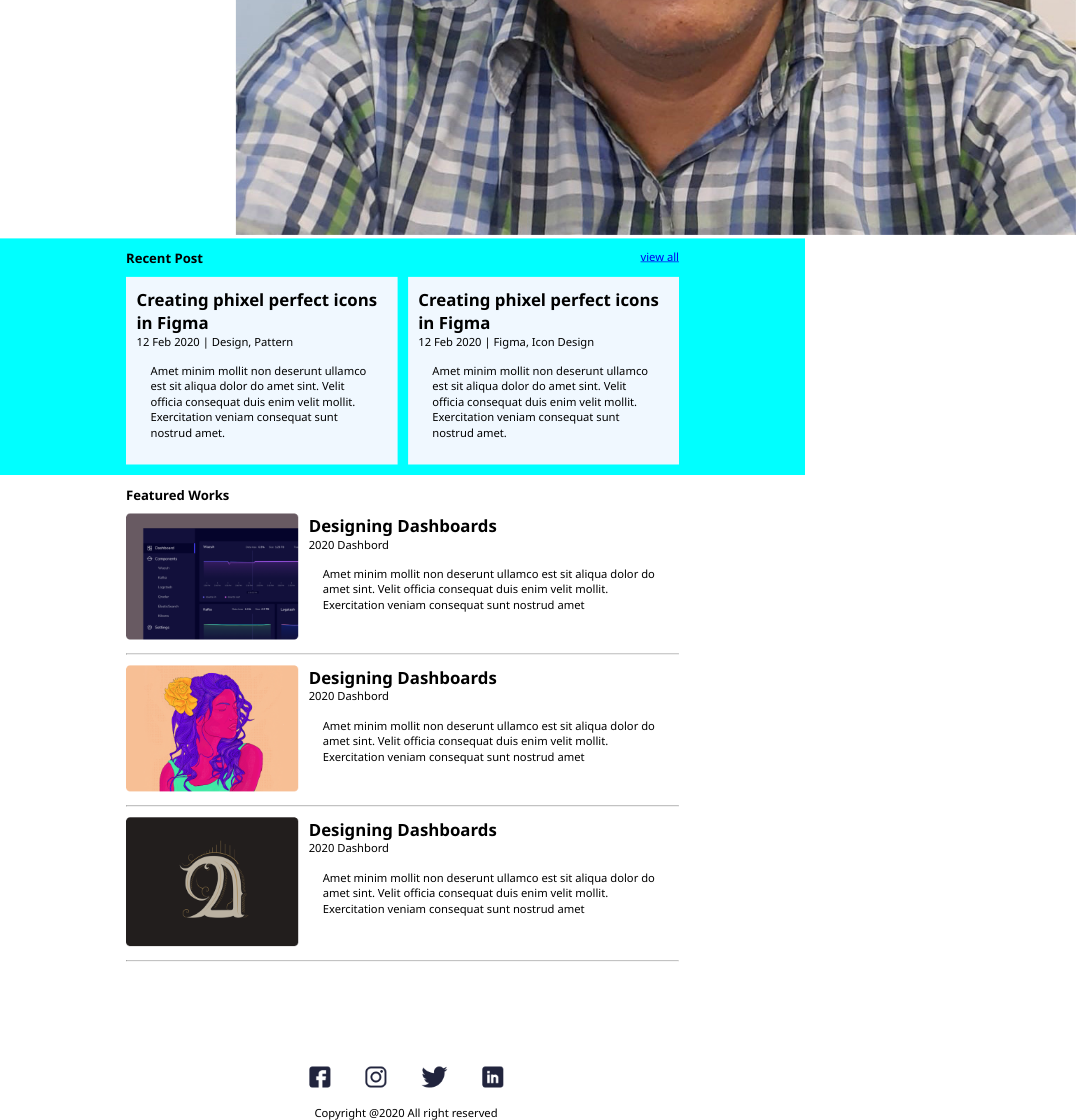
Repository: jafetdn73/portofolio
Page: index.html
These files come from the project's save history. The page is drawn as it stood at one moment and after the next save; the edit follows.
The browser window is 1280 px wide. The page is 1537 px wide, so the pictures cover 1537 px, including what lies to the right of the window. The pictures show the part of the page from y = 1062 to 2662 px (the page is 2662 px tall), at 70% of full size.

Above is the page before, as saved 2022-02-23 16:44:35.

### index.html
<!DOCTYPE html>
<html lang="en">
<head>
    <meta charset="UTF-8">
    <meta http-equiv="X-UA-Compatible" content="IE=edge">
    <meta name="viewport" content="width=device-width, initial-scale=1.0">
    <link rel="stylesheet" href="figma.css">
    <title>Belajar HTML CSS</title>
</head>
<body>
    <div class="container">
        <!-- Start Menu Bar -->
        <div class="menu-bar">
            <ul>
                <li>
                    Work
                </li>
                <li>
                    Blog
                </li>
                <li>
                    Contact
                </li>
            </ul>
        </div>
        <!-- Starr Hero -->
        <div class="hero">
            <div class="hero-text">
                <h1>Hi, I am Jafet,<br/>
                    Fullstack Engineer
                </h1>
                <p>
                    Amet minim mollit non deserunt ullamco est sit aliqua dolor do amet sint. Velit officia consequat duis enim velit mollit. Exercitation veniam consequat sunt nostrud amet.
                </p>
                <button>Download Resume</button>
            </div>
            <div class="hero-image">
                <img src="jafet.png"/>
            </div>
        </div>
        <!-- Start Post -->
        <div class="post">
            <div class="post-navi">
                <h3>Recent Post</h3>
                <a href="http://detik.com">view all</a>
            </div>
            <div class="post-content">
                <div class="post-content-detail">
                    <h2>Creating phixel perfect icons in Figma</h2>
                    <label>12 Feb 2020</label>
                    <label>|</label>
                    <label>Design, Pattern</label>
                    <p>
                        Amet minim mollit non deserunt ullamco est sit aliqua dolor do amet sint. Velit officia consequat duis enim velit mollit. Exercitation veniam consequat sunt nostrud amet.
                    </p>
                </div>
                <div class="post-content-detail">
                    <h2>Creating phixel perfect icons in Figma</h2>
                    <label>12 Feb 2020</label>
                    <label>|</label>
                    <label>Figma, Icon Design</label>
                    <p>
                        Amet minim mollit non deserunt ullamco est sit aliqua dolor do amet sint. Velit officia consequat duis enim velit mollit. Exercitation veniam consequat sunt nostrud amet.
                    </p>
                </div>
            </div>
        </div>
        <!-- Start Featured -->
        <div class="featured">
            <h3>Featured Works</h3>
            <div class="featured-detail">
                <div class="featured-image">
                    <img src="Rectangle 30.png"/>
                </div>
                <div class="featured-text">
                    <h2>Designing Dashboards</h2>
                    <label>2020</label>
                    <label>Dashbord</label>
                    <p>
                        Amet minim mollit non deserunt ullamco est sit aliqua dolor do amet sint. Velit officia consequat duis enim velit mollit. Exercitation veniam consequat sunt nostrud amet
                    </p>
                </div>
            </div>
            <hr/>
            <div class="featured-detail">
                <div class="featured-image">
                    <img src="Rectangle 32.png"/>
                </div>
                <div class="featured-text">
                    <h2>Designing Dashboards</h2>
                    <label>2020</label>
                    <label>Dashbord</label>
                    <p>
                        Amet minim mollit non deserunt ullamco est sit aliqua dolor do amet sint. Velit officia consequat duis enim velit mollit. Exercitation veniam consequat sunt nostrud amet
                    </p>
                </div>
            </div>
            <hr/>
            <div class="featured-detail">
                <div class="featured-image">
                    <img src="Rectangle 34.png"/>
                </div>
                <div class="featured-text">
                    <h2>Designing Dashboards</h2>
                    <label>2020</label>
                    <label>Dashbord</label>
                    <p>
                        Amet minim mollit non deserunt ullamco est sit aliqua dolor do amet sint. Velit officia consequat duis enim velit mollit. Exercitation veniam consequat sunt nostrud amet
                    </p>
                </div>
            </div>
            <hr/>
        </div>
        <!-- Start Social Media -->
        <div class="social-media"><img src="fb.png"/><img src="insta.png"/><img src="group.png"/><img src="linkedin.png"/></div>
        <div class="copyright">Copyright @2020 All right reserved</div>
    </div>
</body>
</html>

### figma.css
* {
    margin: 0;
    font-family:'Segoe UI', Tahoma, Geneva, Verdana, sans-serif
}

.container {
    width: 1150px;
}

.menu-bar {
    display: flex;
    justify-content: flex-end;
    margin-top: 20px;
}

.menu-bar ul li {
    display: inline;
    margin-right: 30px;
    font-size: 20px;
}

/* Start Hero */
.hero {
    display: flex;
    justify-content: space-around;
    margin-top: 150px;
    padding: 0 100px;
}

.hero-text {
    width: 450px;
}

.hero-text h1 {
    font-size: 44px;
    font-weight: 400px;
}

.hero-text p {
    font-size: 16px;
}

.hero-text h1, p, button
{
    margin: 20px;
}

.hero-text button {
    background-color: #FF6464;
    border-style: none;
    padding: 15px;
    font-size: 20px;
    color: white;
}

/* Start Post */
.post {
    background-color:aqua;
    padding:15px 180px;
}

.post-navi {
    display :flex;
    justify-content:space-between ;
}

.post-content {
    display: flex;
    margin-top: 15px;
    gap:15px;
}

.post-content-detail {
    background-color: aliceblue;
    padding:15px;
}

/* Start Featured */
.featured {
    margin : 15px 180px;
    gap:15px;
}

.featured-detail {
    display:flex;
    margin-top: 15px;
    margin-bottom: 15px;
}

.featured-image {
    margin-right: 15px;
}


.social-media{
    margin-top: 150px;
    margin-left: 180px;
    width: 800px;
    text-align: center;
    display: inline-flexbox;
}

.social-media img {
    margin-left:25px;
    margin-right:25px;
}

.copyright {
    margin-top: 20px;
    margin-left: 180px;
    width: 800px;
    text-align: center;
}

After the next save:
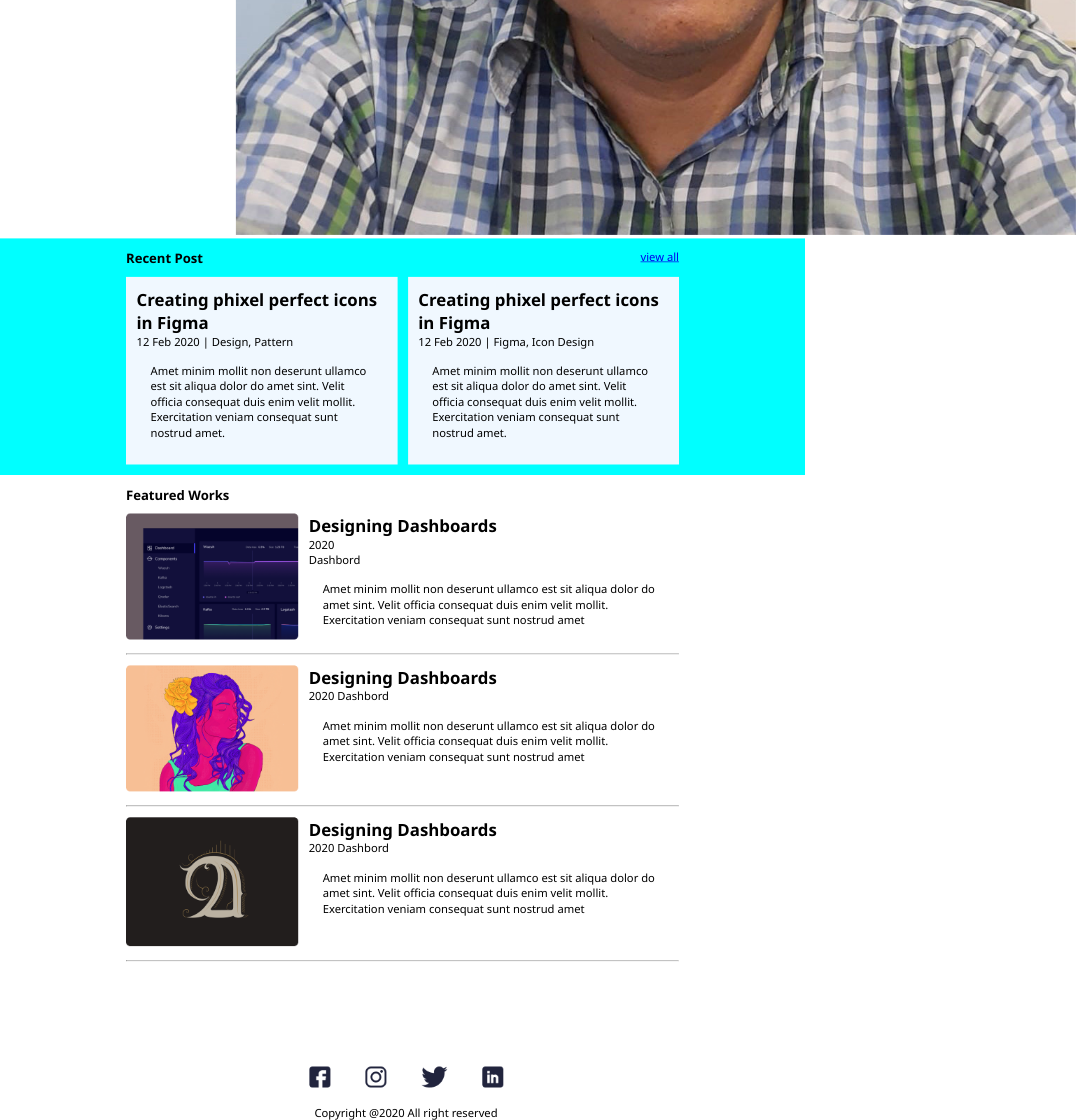
Saved 19 h 11 min later.
--- a/index.html
+++ b/index.html
@@ -74,7 +74,7 @@
                 </div>
                 <div class="featured-text">
                     <h2>Designing Dashboards</h2>
-                    <label>2020</label>
+                    <div class="tahun"><label>2020</label></div>
                     <label>Dashbord</label>
                     <p>
                         Amet minim mollit non deserunt ullamco est sit aliqua dolor do amet sint. Velit officia consequat duis enim velit mollit. Exercitation veniam consequat sunt nostrud amet
